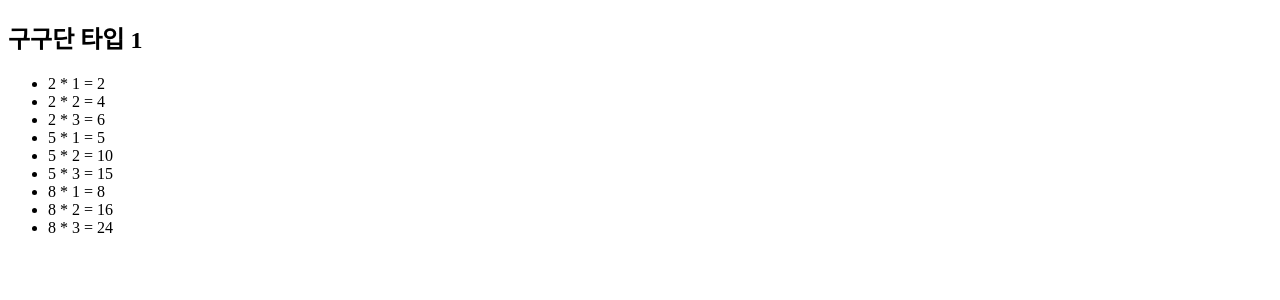
Repository: Byeonghee-son/DB-Servlet
Page: http://localhost/ServletStudy/gugudan2.jsp
These files come from the project's save history. The page is drawn as it stood at one moment and after the next save; the edit follows.
The browser window is 1280 px wide. The pictures show the whole page.
The page is served by Tomcat 9. Other server files are loaded and not shown.

Above is the page before, as saved 2023-05-17 01:32:00.

### ServletStudy/src/main/webapp/gugudan2.jsp
<%@ page language="java" contentType="text/html; charset=UTF-8"
	pageEncoding="UTF-8"%>
<%
    String type = request.getParameter("type");
    String scol = request.getParameter("col");

    if(type == null) type = "list";
    else{
    	if(!type.equals("table")) type = "list";
    }

    int col = 3;
    if(scol != null) col = Integer.parseInt(scol);
%>
<!DOCTYPE html>
<html>
<head>
<meta charset="UTF-8">
<title>Gugudan Type2 (JSP)</title>
</head>
<body>
	<h2>구구단 타입 1</h2>
	<ul>
		<% for(int i = 2; i < 10; i+=col){ %>
		<% for(int j = 1; j <= col; j++){ %>
		<li><%= i %> * <%= j %> = <%= i * j %></li>
		<% } %>
		<%} %>
	</ul>

</body>
</html>

After the next save:
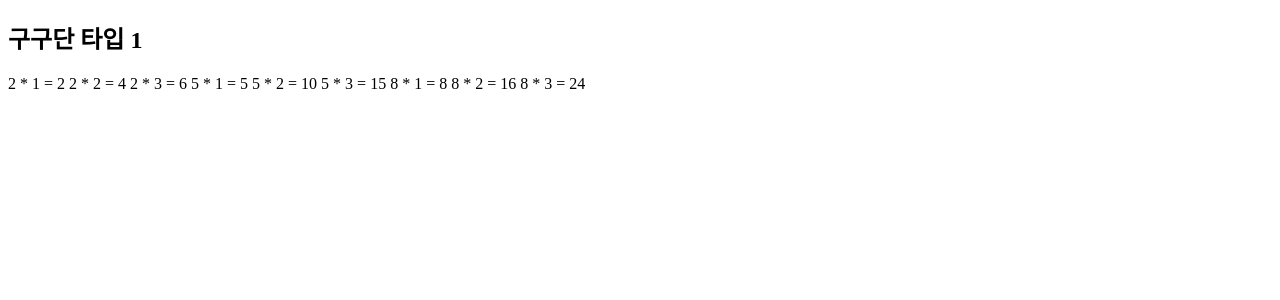
Saved 52 s later.
--- a/ServletStudy/src/main/webapp/gugudan2.jsp
+++ b/ServletStudy/src/main/webapp/gugudan2.jsp
@@ -20,13 +20,11 @@
 </head>
 <body>
 	<h2>구구단 타입 1</h2>
-	<ul>
 		<% for(int i = 2; i < 10; i+=col){ %>
 		<% for(int j = 1; j <= col; j++){ %>
-		<li><%= i %> * <%= j %> = <%= i * j %></li>
+		<%= i %> * <%= j %> = <%= i * j %>
 		<% } %>
 		<%} %>
-	</ul>
 
 </body>
 </html>
